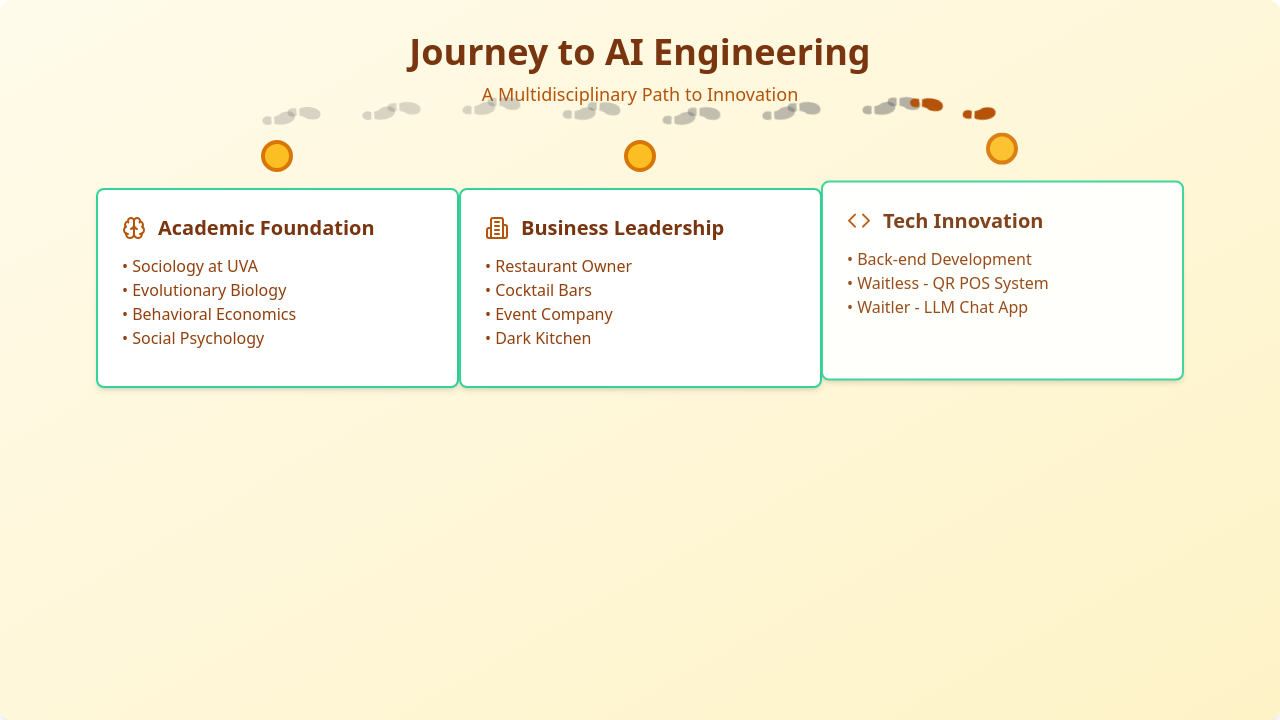
Repository: Galbaz1/dell_presentation
Page: /
An editor plug-in stored every save of this project. The page is shown before and after the next save, followed by the edit.
The browser window is 1280 px wide. The pictures show the whole page.
The project was rebuilt for these pictures with package versions that can differ from the ones it lists, and the page was loaded fresh each time. The framework's server and built-in components were replaced by stand-ins that run in the browser.

Above is the page before, as saved 2024-11-11 13:44:48.

After the next save:
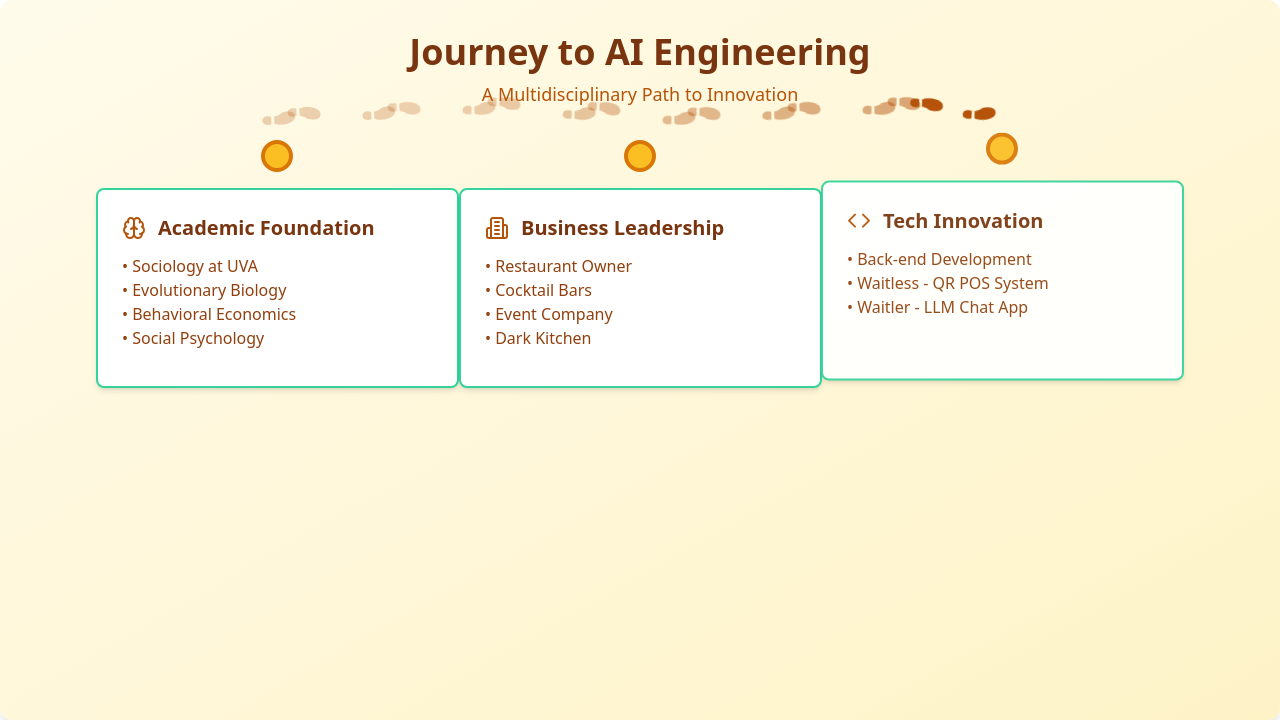
Saved 1 s later.
--- a/components/FootstepsAnimation.tsx
+++ b/components/FootstepsAnimation.tsx
@@ -15,7 +15,6 @@ const RightFootprint = React.forwardRef<SVGSVGElement>((_, ref) => (
     xmlns="http://www.w3.org/2000/svg"
     className="footstep right-step"
     style={{ transform: 'rotate(90deg)', fill: '#b45309' }}
-    style={{ transform: 'rotate(90deg)', color: '#b45309' }}
   >
     <path d="M5.058 20.918l6.21-1.664c-0.204-2.22 0-4.745 1.205-7.11 0.18-6.195-1.867-11.962-6.835-10.631-5.468 1.465-4.865 13.899-0.58 19.404v0zM5.468 23.537c0.343 11.974 12.512 6.497 6.318-1.693l-6.318 1.693z" />
   </svg>
@@ -30,7 +29,7 @@ const LeftFootprint = React.forwardRef<SVGSVGElement>((_, ref) => (
     fill="currentColor"
     xmlns="http://www.w3.org/2000/svg"
     className="footstep left-step"
-    style={{ transform: 'rotate(90deg)', color: '#b45309' }}
+    style={{ transform: 'rotate(90deg)', fill: '#b45309' }}
   >
     <path d="M27.227 20.917l-6.21-1.664c0.204-2.22-0-4.745-1.205-7.11-0.18-6.195 1.867-11.962 6.835-10.631 5.468 1.466 4.865 13.9 0.58 19.404v0zM26.818 23.536c-0.343 11.973-12.512 6.497-6.318-1.693l6.318 1.693z" />
   </svg>
